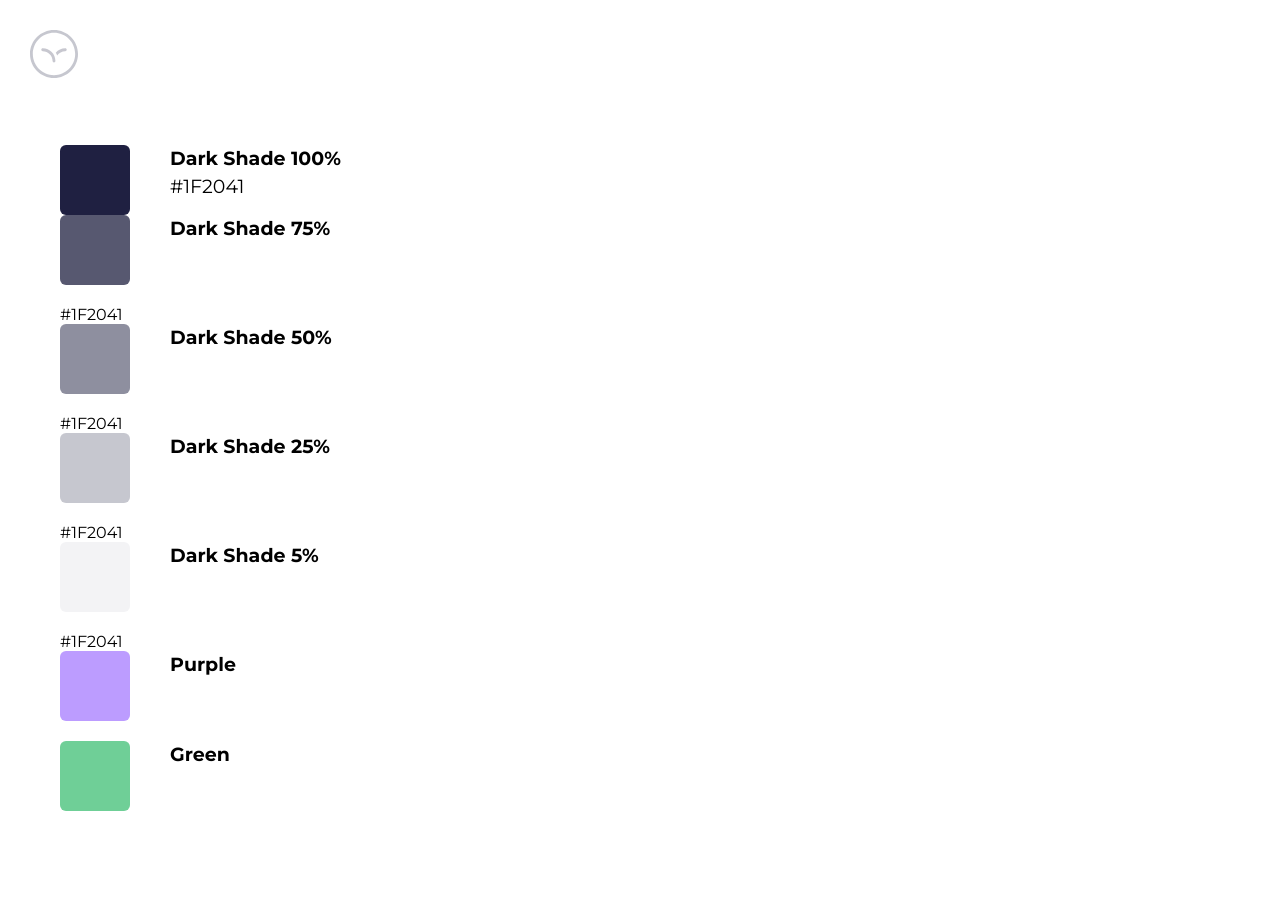
Repository: Inzhir2022/quatrain
Page: ui/index.html
The author's editor kept a copy of each file at every save. The page is drawn from the files as they stood at one save, then again after the next save.
The browser window is 1280 px wide. The pictures show the whole page.

Above is the page before, as saved 2022-07-23 09:36:53.

After the next save:
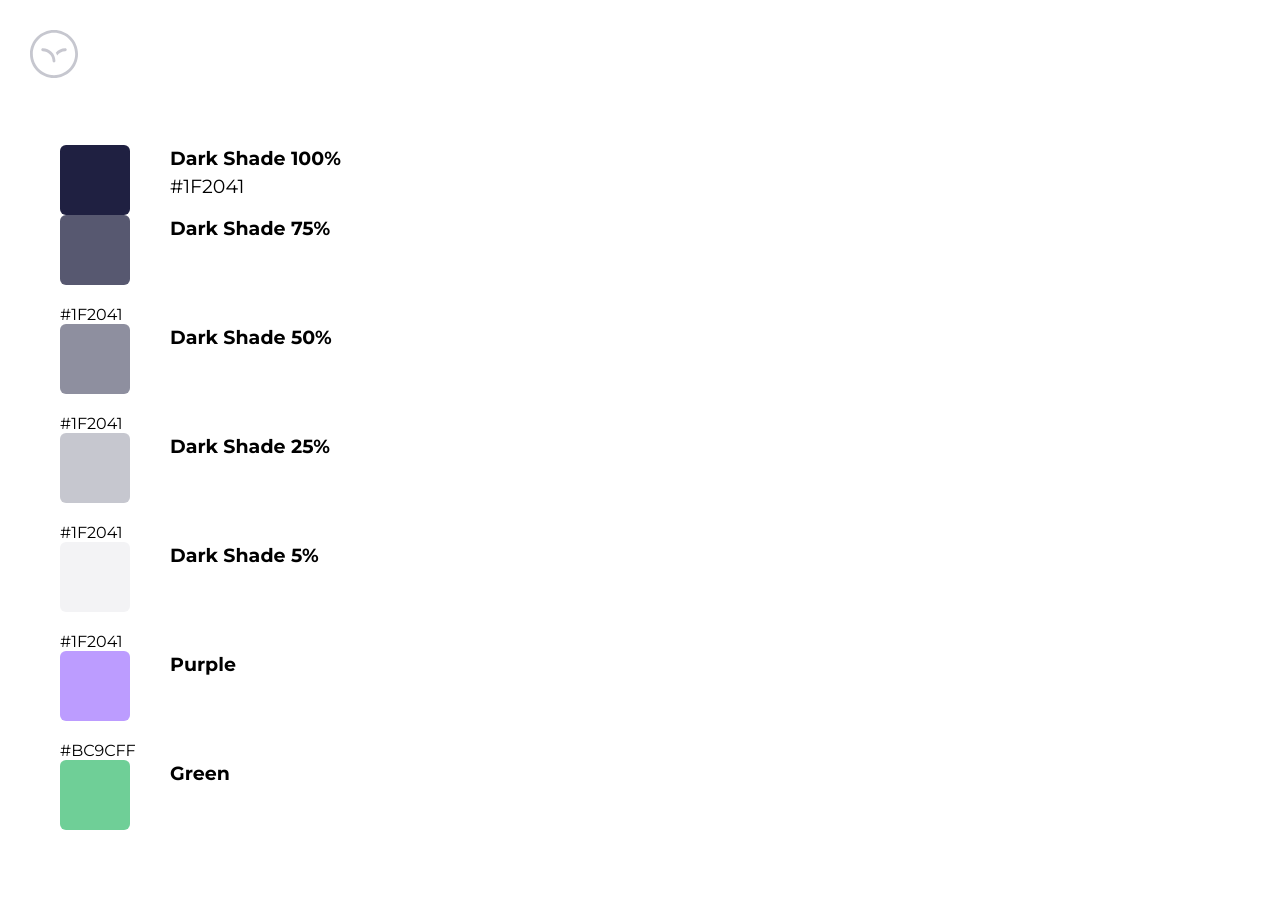
Saved 10 s later.
--- a/ui/index.html
+++ b/ui/index.html
@@ -53,7 +53,7 @@
         <div class="colors__wrapper">
           <div class="colors__item colors__item_purple"></div>
           <div class="colors__title">Purple</div>
-          <div class="colors__subtitle"></div>
+          <div class="colors__subtitle">#BC9CFF</div>
         </div>
         <div class="colors__wrapper">
           <div class="colors__item colors__item_green"></div>
